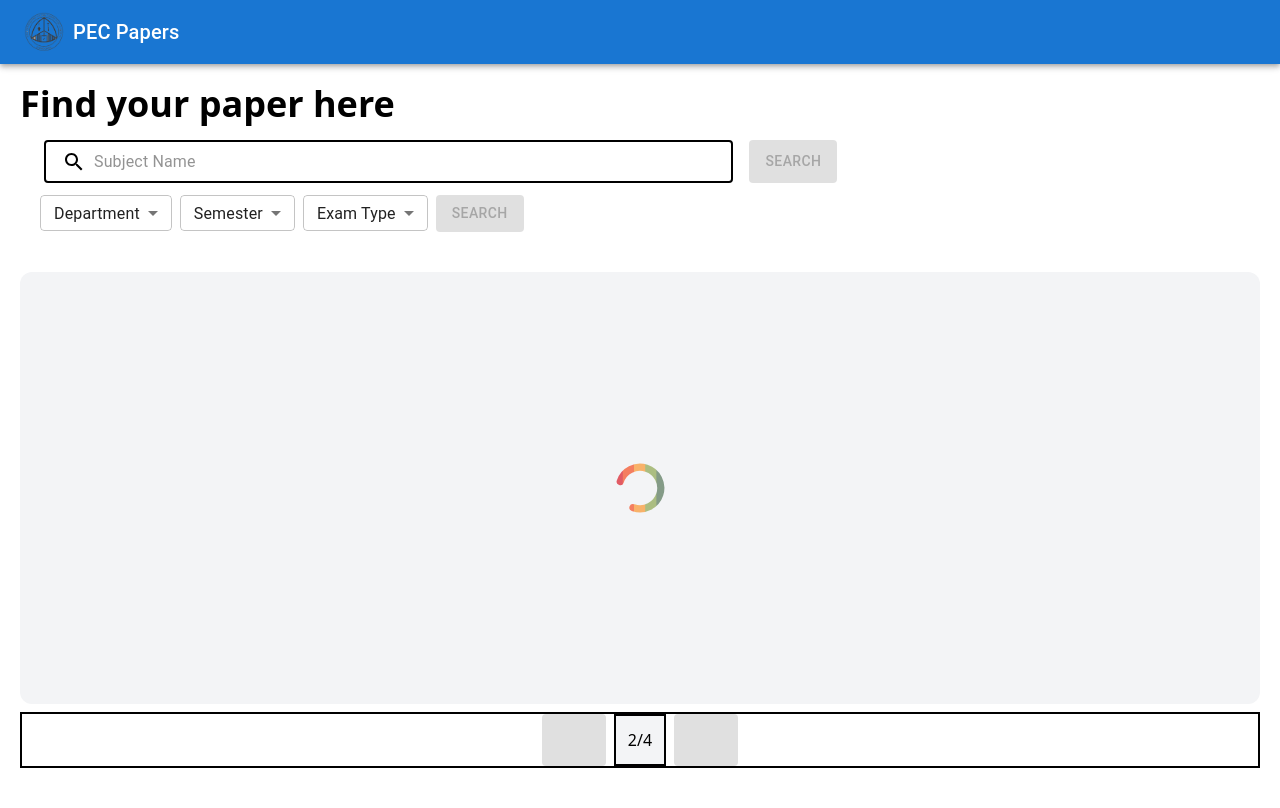
Repository: SUGAM-ARORA/pecpapers
Page: /browse (app in frontend/)
The author's editor kept a copy of each file at every save. The page is drawn from the files as they stood at one save, then again after the next save.
The browser window is 1280 px wide. The pictures show the whole page.
The page's requests for data from a server got no answer. The project was rebuilt for these pictures with package versions that can differ from the ones it lists, and the page was loaded fresh each time. Some packages were replaced by stand-ins written for this rebuild. No one was signed in, and anything a server would have sent is missing. Also part of the build but not shown: frontend/vite.config.js, frontend/src/Components/AnimatedText.jsx, frontend/src/Components/Hero.jsx, frontend/src/Components/Footer.jsx, frontend/src/Components/Login.jsx, frontend/src/Components/PaperDisplay.jsx, frontend/src/Components/ProtectedRoute.jsx.

Above is the page before, as saved 2025-07-17 19:24:21.

After the next save:
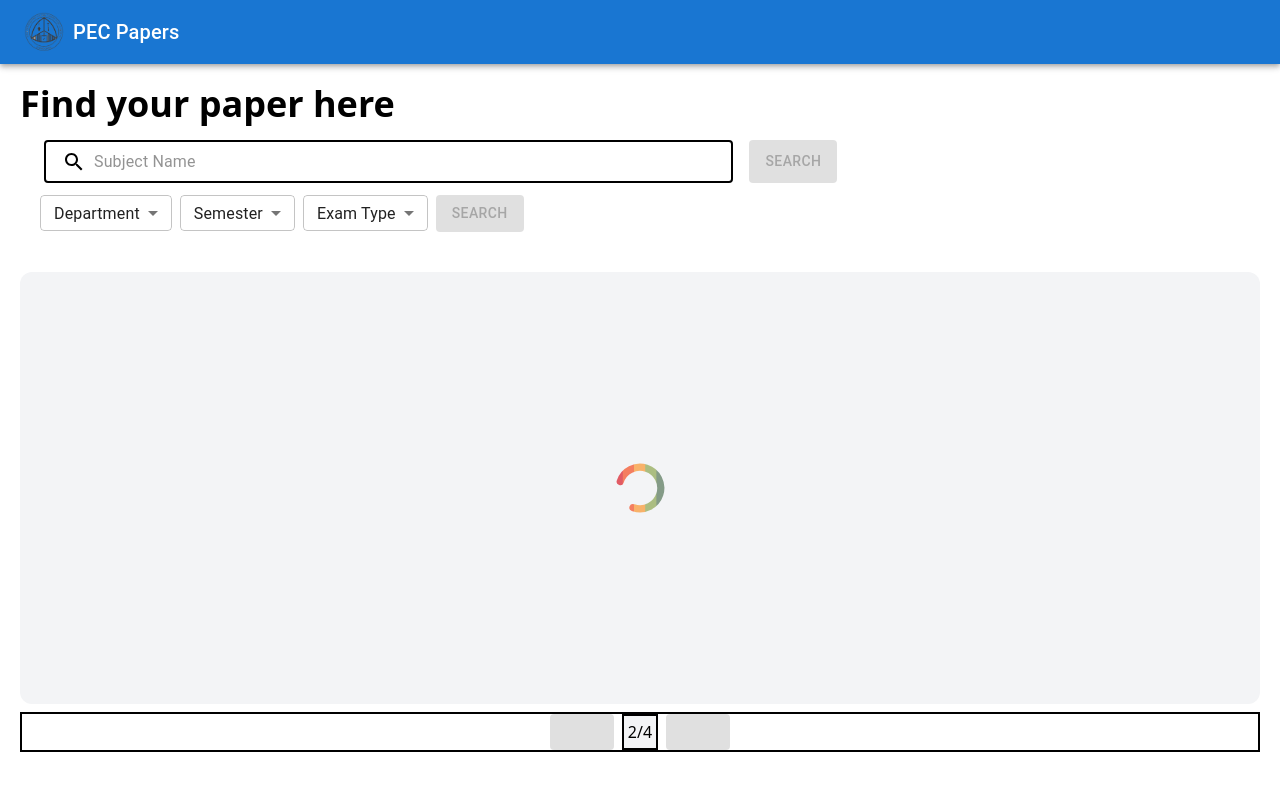
Saved 4 s later.
--- a/frontend/src/Pages/Browse.jsx
+++ b/frontend/src/Pages/Browse.jsx
@@ -269,7 +269,7 @@ const Browse = () => {
       <div className='border-2 border-black w-full mt-2 flex items-center justify-center'>
         <div className='flex flex-row gap-2'>
           <Button variant='contained' onClick={getFilteredPapers} disabled={loading}></Button>
-          <span className='border-2 border-black bg-gray-100 p-3'>2/4</span>
+          <span className='border-2 border-black bg-gray-100 p-1'>2/4</span>
            <Button variant='contained' onClick={getFilteredPapers} disabled={loading}></Button>
         </div>
       </div>
